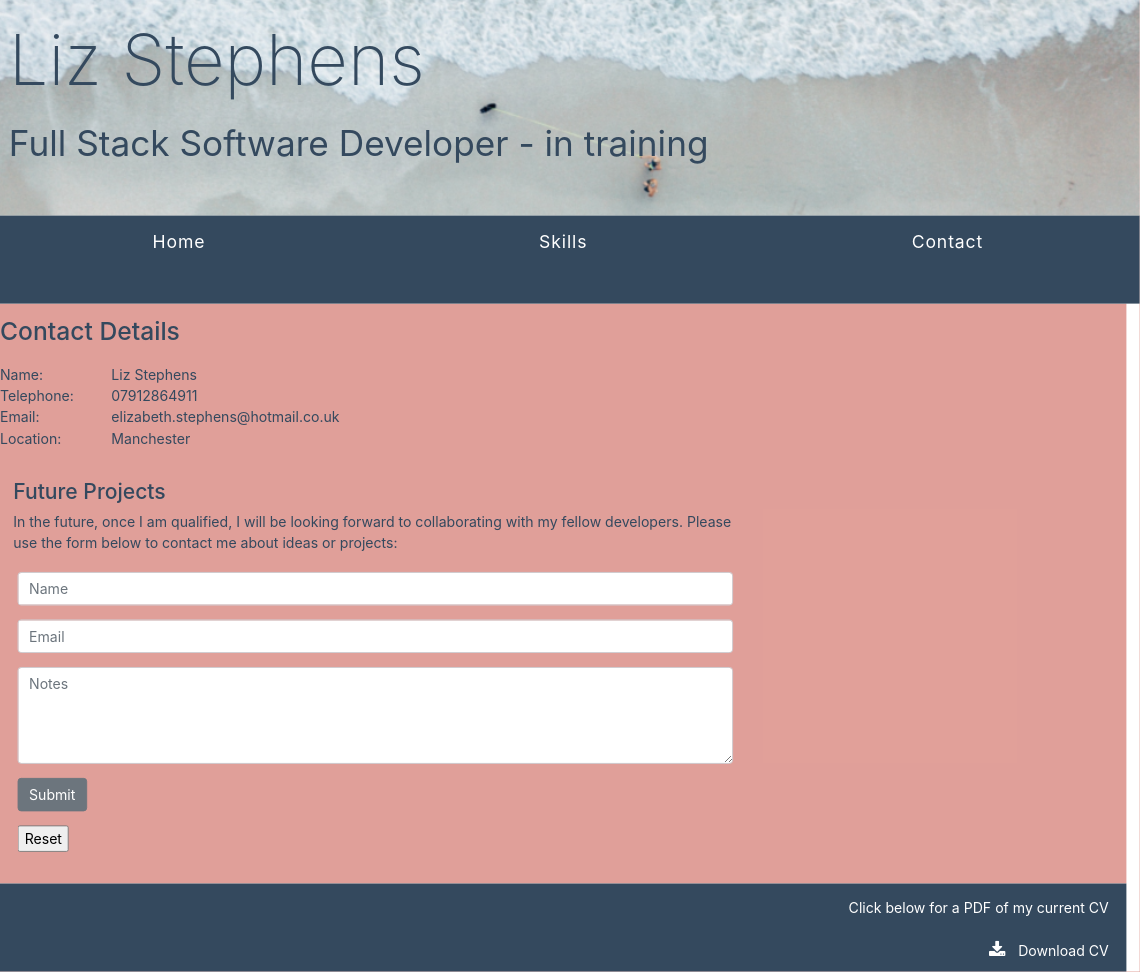
Repository: Liz94688/portfolio-site
Page: contact.html
The author's editor kept a record of every edit. The page is drawn from the files as they stood at one moment, then again after the next edit.
The browser window is 1280 px wide. The page is 1295 px wide, so the pictures cover 1295 px, including what lies to the right of the window. The pictures show the whole page, at 88% of full size.

Above is the page before.

After the next edit:
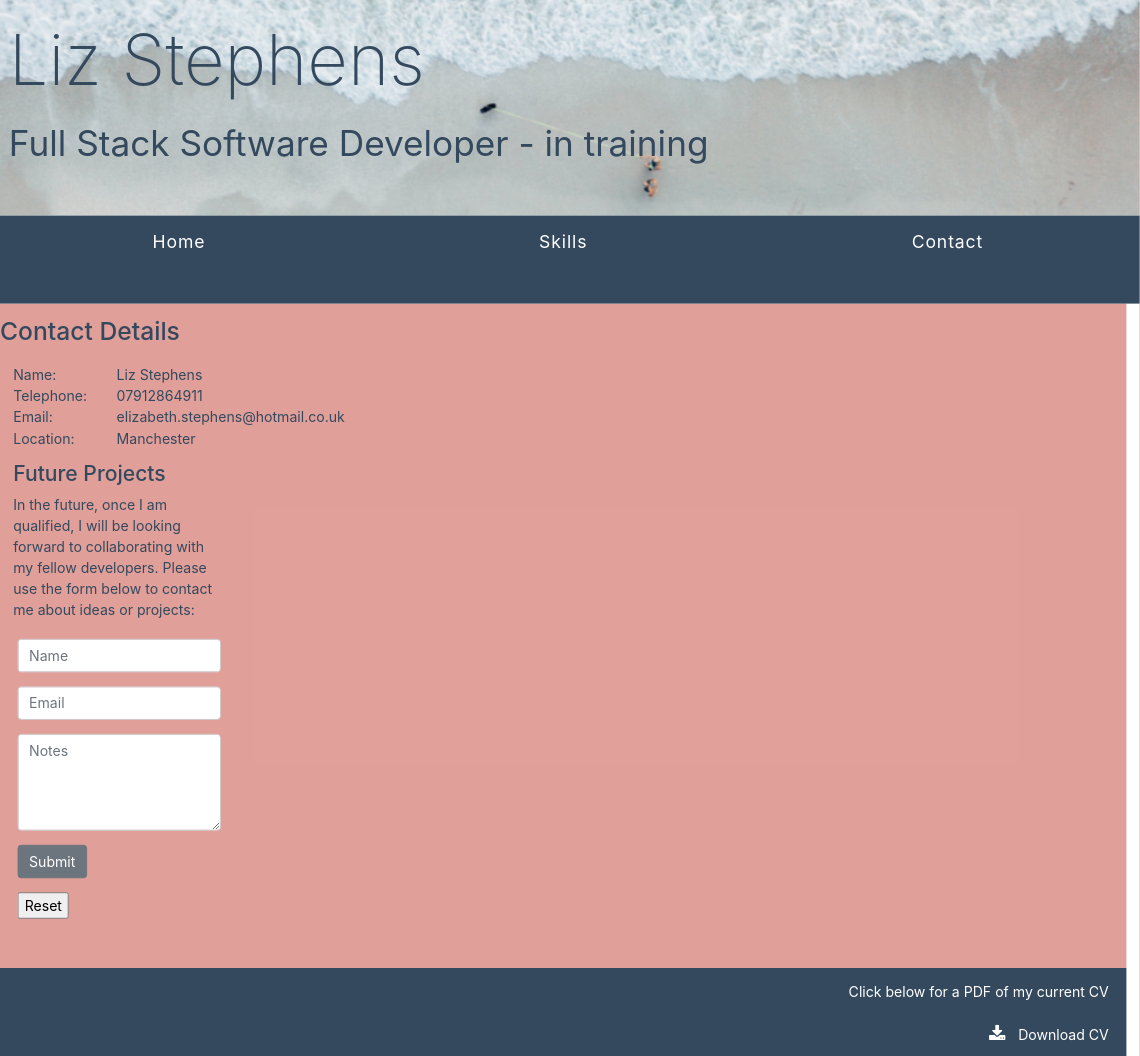
The edit:
--- a/contact.html
+++ b/contact.html
@@ -50,34 +50,34 @@
                     </div>
                 </div>
 
-                        <div class="contact-details-itemised">
-                            <div class="key">
-                                <p>Name:</p>
-                            </div>
-                            <div class="value">
-                                <p>Liz Stephens</p>
-                            </div>
-                            <div class="key">
-                                <p>Telephone:</p>
-                            </div>
-                            <div class="value">
-                                <p>07912864911</p>
-                            </div>
-                            <div class="key">
-                                <p>Email:</p>
-                            </div>
-                            <div class="value">
-                                <p>elizabeth.stephens@hotmail.co.uk</p>
-                            </div>
-                            <div class="key">
-                                <p>Location:</p>
-                            </div>
-                            <div class="value">
-                                <p>Manchester</p>
-                            </div>
-                        </div>
+                <div class="col-12">
+                <div class="contact-details-itemised">
+                    <div class="key">
+                        <p>Name:</p>
+                    </div>
+                    <div class="value">
+                        <p>Liz Stephens</p>
+                    </div>
+                    <div class="key">
+                        <p>Telephone:</p>
+                    </div>
+                    <div class="value">
+                        <p>07912864911</p>
+                    </div>
+                    <div class="key">
+                        <p>Email:</p>
+                    </div>
+                    <div class="value">
+                        <p>elizabeth.stephens@hotmail.co.uk</p>
+                    </div>
+                    <div class="key">
+                        <p>Location:</p>
+                    </div>
+                    <div class="value">
+                        <p>Manchester</p>
                     </div>
                 </div>
+
             </div>
 
             <div class="col-md-8 contact-form">
